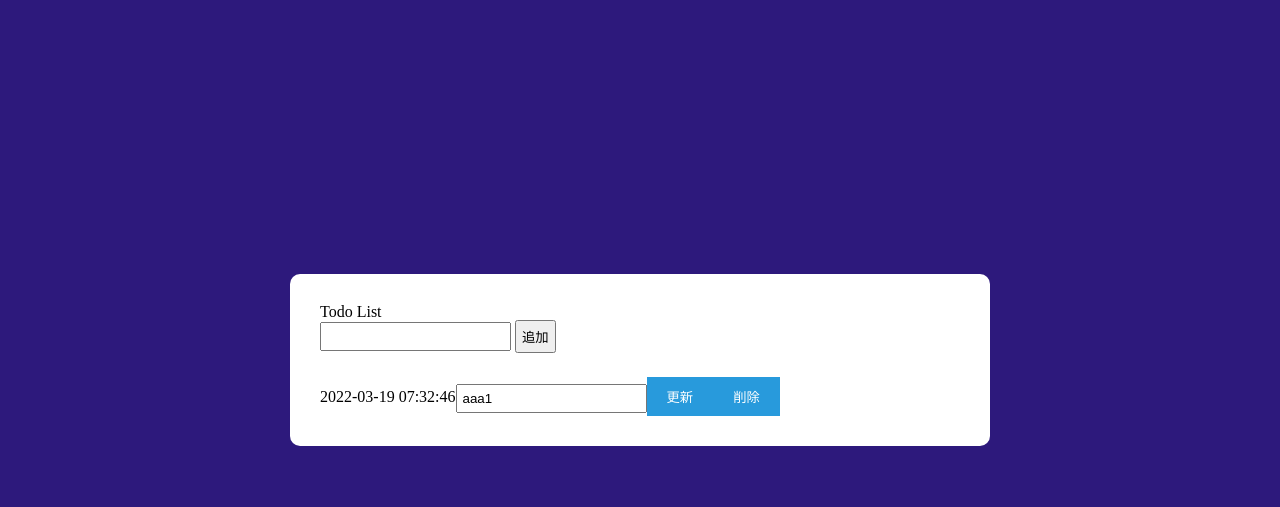
Repository: azuma2/todo
Page: http://localhost/todo/create
An editor plug-in stored every save of this project. The page is shown before and after a run of saves, followed by the edit.
The browser window is 1280 px wide. The pictures show the whole page.
The page is served by the project's Laravel application, run on PHP 8.4 with Laravel 8.

Above is the page before, as saved 2022-03-20 02:08:22.

After the next 3 saves:
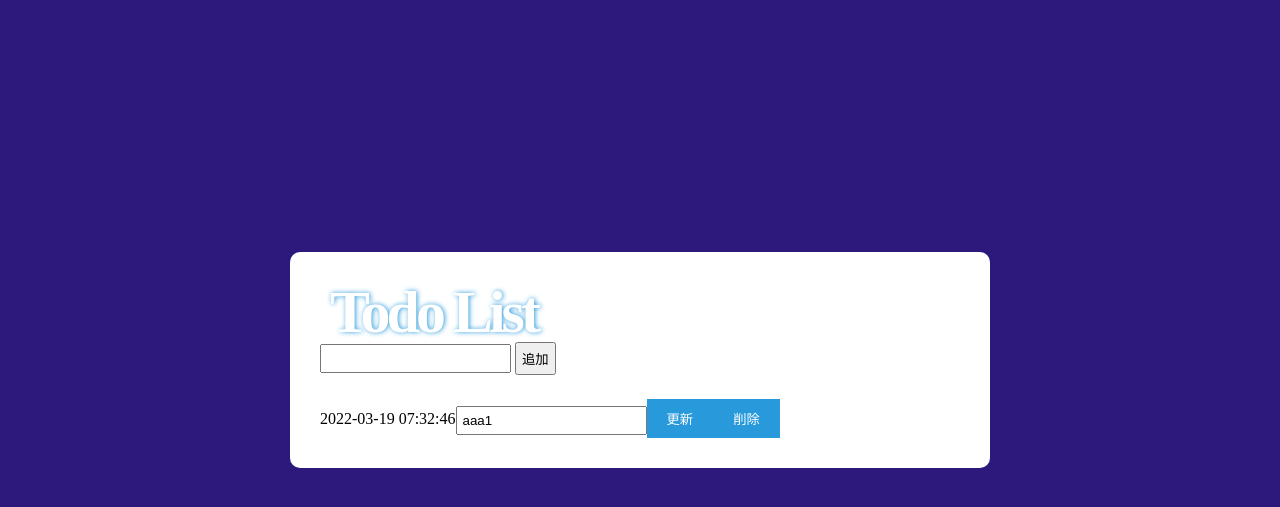
The 3 saves are shown as one change because they came seconds apart.
The last was saved 19 s later.
--- a/resources/views/layouts/default.blade.php
+++ b/resources/views/layouts/default.blade.php
@@ -41,7 +41,7 @@
   <body>
   <div class="container">
     <div class="card">
-      <p class="title">Todo List</p>
+      <h1 class="title">Todo List</h1>
             <div class="todo">
         <form action="/todo/create" method="post" class="flex between mb-30">
           <input type="hidden" name="_token" value="yPGHmdfvXMVMWtmtJqGVIjK97kTAmYJNKCWK19b7">          <input type="text" class="input-add" name="content" />
